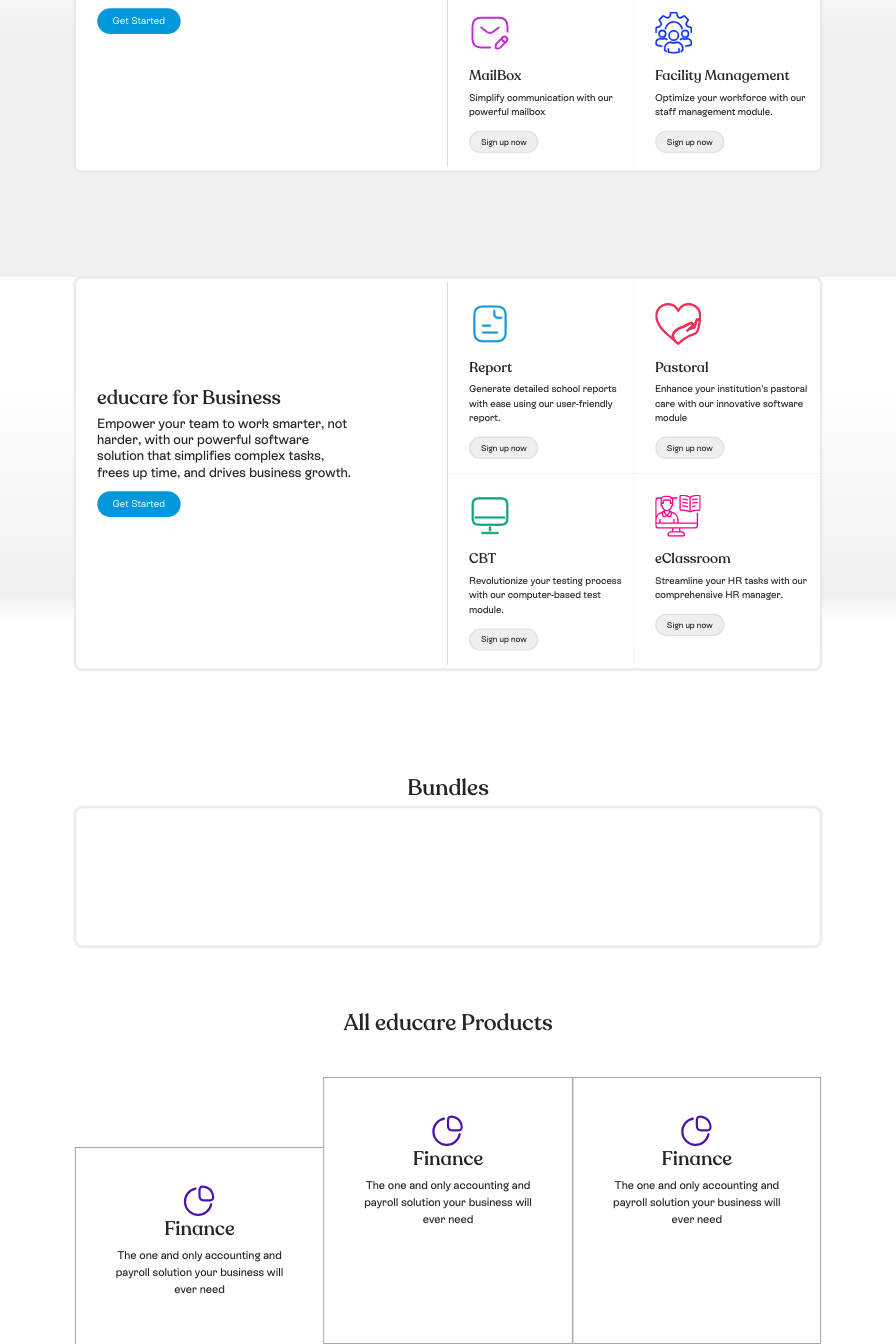
Repository: sarahnnanyelugo/educare-web
Page: /
An editor plug-in stored every save of this project. The page is shown before and after the next save, followed by the edit.
The browser window is 1280 px wide. The pictures show the part of the page from y = 1494 to 3414 px (the page is 3414 px tall), at 70% of full size.
The project was rebuilt for these pictures with package versions that can differ from the ones it lists, and the page was loaded fresh each time.

Above is the page before, as saved 2023-04-05 10:19:14.

After the next save:
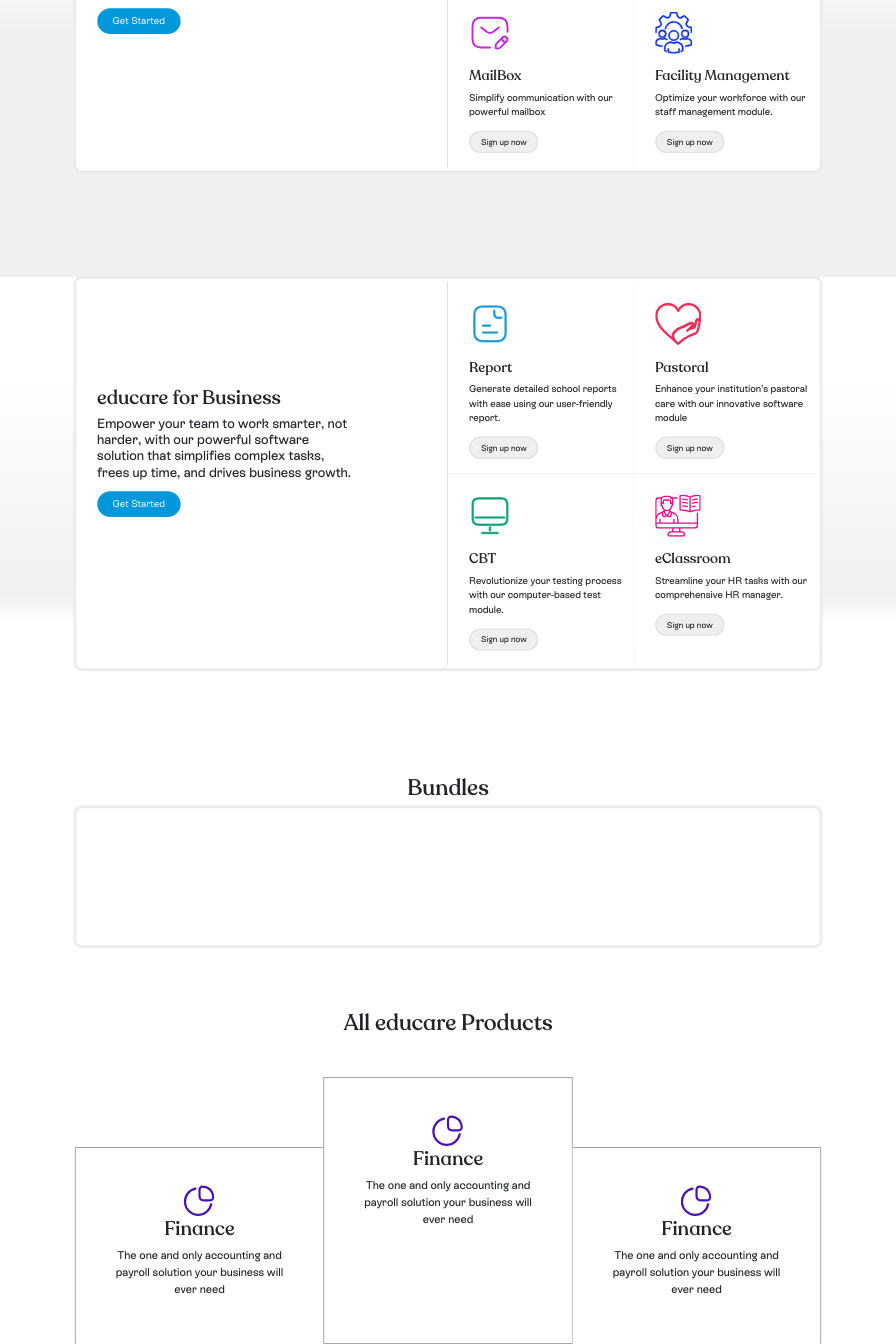
Saved 20 s later.
--- a/src/pages/Home/Home.tsx
+++ b/src/pages/Home/Home.tsx
@@ -199,7 +199,7 @@
               productIcon={HalfCircle}
             />
           </div>
-          <div className="col-md-4 second-product-column">
+          <div className="col-md-4 third-product-column">
             <EducareProducts
               productName="Finance"
               productDetail="The one and only accounting and payroll solution your business will ever need"
